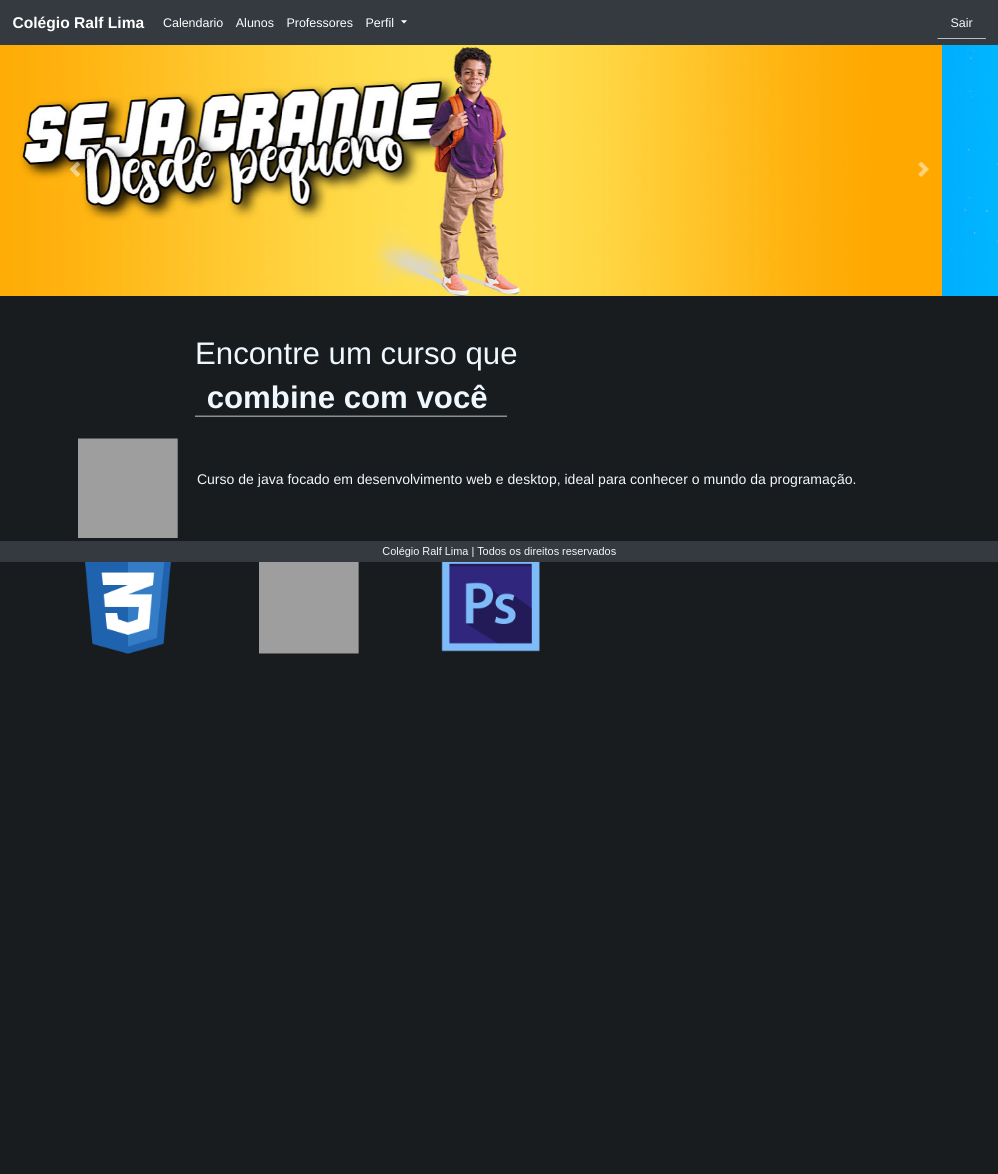
Repository: Philipssou/Sistema-Escolar2
Page: http://localhost/Sistema_Escolar_Gustavo/principal.jsp
An editor plug-in stored every save of this project. The page is shown before and after the next save, followed by the edit.
The browser window is 1280 px wide. The pictures show the whole page, at 78% of full size.
Pictures or frames that could not be fetched are drawn as grey boxes. Some web libraries are served in a nearby version. The page is served by Tomcat 9. The session is filled in as if someone had signed in: {"adm": 1}. Other server files are loaded and not shown.

Above is the page before, as saved 2019-07-11 03:48:01.

### Trabalho escolar/Sistema Escolar Gustavo/WebContent/principal.jsp
<!-- Incluir topo -->
<%@include file="topo.jsp" %>
<%@include file="rodapé.jsp" %>


	<!-- CSS -->
	<link href="css/bootstrap.min.css" rel="stylesheet">
	<link href="css/estilos.css" rel="stylesheet">

	<!-- Script -->

	<div class="tamanhoPrin">

<!-- Imagens -->

	<div id="carouselExampleControls" class="carousel slide" data-ride="carousel" style="margin-top:55px">
  <div class="carousel-inner">
    <div class="carousel-item active">
      <img src="imagens/banner1.jpg" class="d-block w-100" alt="...">
    </div>
    <div class="carousel-item">
      <img src="imagens/banner2.jpg" class="d-block w-100" alt="...">
    </div>
    <div class="carousel-item">
      <img src="imagens/banner3.jpg" class="d-block w-100" alt="...">
    </div>
  </div>
  <a class="carousel-control-prev" href="#carouselExampleControls" role="button" data-slide="prev">
    <span class="carousel-control-prev-icon" aria-hidden="true"></span>
    <span class="sr-only">Previous</span>
  </a>
  <a class="carousel-control-next" href="#carouselExampleControls" role="button" data-slide="next">
    <span class="carousel-control-next-icon" aria-hidden="true"></span>
    <span class="sr-only">Next</span>
  </a>
</div>

	<h1 class="encontre">Encontre um curso que</h1>
	<h1 class="combine col-12">combine com você</h1>

	<div class="cursos">
	<img src="icone/java.png" width="128px" height="128px" class="javaIcon">
	<label class="javao">Curso de java focado em desenvolvimento web e desktop, ideal para conhecer o mundo da programação.</label>
	<img src="icone/css.png"  width="128px" height="128px" class="cssIcon">
	<img src="icone/after.png"  width="128px" height="128px" class="afterIcon">
	<img src="icone/photoshop.png"  width="128px" height="128px" class="psIcon">
	</div>


</div>

</body>
</html>

### Trabalho escolar/Sistema Escolar Gustavo/WebContent/topo.jsp
 	<%@ page language="java" contentType="text/html; charset=ISO-8859-1"
    pageEncoding="ISO-8859-1"%>
<!DOCTYPE html>
<html>
<head>
<meta charset="ISO-8859-1">
<title>Painel</title>

	<!-- CSS -->
	<link href="css/bootstrap.min.css" rel="stylesheet">
	<link href="css/estilos.css" rel="stylesheet">

	<script src="https://code.jquery.com/jquery-3.2.1.slim.min.js" integrity="sha384-KJ3o2DKtIkvYIK3UENzmM7KCkRr/rE9/Qpg6aAZGJwFDMVNA/GpGFF93hXpG5KkN" crossorigin="anonymous"></script>
	<script src="https://cdnjs.cloudflare.com/ajax/libs/popper.js/1.12.9/umd/popper.min.js" integrity="sha384-ApNbgh9B+Y1QKtv3Rn7W3mgPxhU9K/ScQsAP7hUibX39j7fakFPskvXusvfa0b4Q" crossorigin="anonymous"></script>
	<script src="https://maxcdn.bootstrapcdn.com/bootstrap/4.0.0/js/bootstrap.min.js" integrity="sha384-JZR6Spejh4U02d8jOt6vLEHfe/JQGiRRSQQxSfFWpi1MquVdAyjUar5+76PVCmYl" crossorigin="anonymous"></script>

</head>
<body>

	<!-- Sessão -->
	<%

	//Obter a sessão
	Object obj = session.getAttribute("adm");

	//Validação
	if(obj == null){
		response.sendRedirect("index.jsp?mensagem=sessao");
	}

	%>


	<!-- Header -->
<header>

	<nav class="navbar fixed-top navbar-expand-lg navbar-dark bg-dark">
  <a class="navbar-brand" href="principal.jsp">Colégio Ralf Lima</a>
  <button class="navbar-toggler" type="button" data-toggle="collapse" data-target="#navbarSupportedContent" aria-controls="navbarSupportedContent" aria-expanded="false" aria-label="Toggle navigation">
    <span class="navbar-toggler-icon"></span>
  </button>

  <div class="collapse navbar-collapse" id="navbarSupportedContent">
    <ul class="navbar-nav mr-auto">
      <li class="nav-item active">
        <a class="nav-link" href="calendario.jsp">Calendario <span class="sr-only">(current)</span></a>
      </li>
      <li class="nav-item active">
        <a class="nav-link" href="alunos.jsp">Alunos</a>
      </li>
      <li class="nav-item active">
        <a class="nav-link" href="professores.jsp">Professores</a>
      </li>
      <li class="nav-item dropdown">
        <a class="nav-link dropdown-toggle active" href="#" id="navbarDropdown" role="button" data-toggle="dropdown" aria-haspopup="true" aria-expanded="false">
          Perfil
        </a>
        <div class="dropdown-menu" aria-labelledby="navbarDropdown">
          <a class="dropdown-item" href="dadosPessoais.jsp?nomeLogin=adm&senhaLogin=adm123">Dados Pessoais</a>
        </div>
      </li>
    </ul>
    <ul class="nav justify-content-end nav-tabs">
  		<li class="nav-item active">
    		<a class="nav-link" id="batutinha" href="sair.jsp">Sair</a>
  		</li>
  	</ul>
  </div>
</nav>
</header>

### Trabalho escolar/Sistema Escolar Gustavo/WebContent/rodapé.jsp

	<!-- Footer -->
	<footer>

	<p>Colégio Ralf Lima | Todos os direitos reservados</p>

	</footer>

</body>
</html>

### Trabalho escolar/Sistema Escolar Gustavo/WebContent/css/estilos.css
/*Padronizar*/
*{
	font-family: helvetica, sans-serif
}

body{
	background-color: #191c1e;
}

.logoLogin{
	color: aliceblue;
	text-align: center;
	margin-top: 25px;
	font: 52px sans-serif;
	font-weight: bold;
}

.formularioLogin{
	width: 400px;
	margin: 50px auto;
}

.formularioLogin input[type="text"],
.formularioLogin input[type="password"]{
	width: 380px;
	border: solid 1px aliceblue;
	border-radius: 5px;
	margin: 4px;
	padding: 5px;
}

.formularioLogin input[type="submit"]{
	margin: 4px;
	padding: 5px 40px;
	margin-right: 42%;
	margin-left: 30%;
}


.navbar-brand{
	font-weight: bold;
}

.cursos{
	width: 1200px;
}

.encontre{
	margin-left: 250px;
	margin-top: 50px;
	color: aliceblue;
}

.combine{
	margin-left: 250px;
	color: aliceblue;
	font-weight: bold;
	border-bottom: solid 1px aliceblue;
	width: 400px;
}

.javaIcon{
	margin-top: 20px;
	margin-left: 100px;
}

.cssIcon{
	margin-top: 20px;
	margin-left: 100px;
}

.afterIcon{
	margin-top: 20px;
	margin-left: 100px;
}

.psIcon{
	margin-top: 20px;
	margin-left: 100px;
}

.javao,
.csszada,
.afterzada,
.pszada{
	font-family: helvetica;
	font-size: 18px;
	color: aliceblue;
	margin-left: 20px;
}



.noticiasEscola{
	margin-top: 50px;
	margin-left: 34%;
}

.tamanhoPrin{
	height: 1450px;
}

.formularioAluno{
	margin: 0 auto;
	margin-top: 70px;
	width: 1100px;
}

.formularioAluno input[type="text"]{
	margin:5px 2px;
	padding: 5px;
	width: 350px;
	border: solid 1px aliceblue;
	border-radius: 5px;
}

.formularioAluno input[type="submit"]{
	margin: 5px;
	margin-left: 32.7%;
	padding: 5px 90px;
	width: 350px;
}


.formularioProfessor{
	width: 1050px;
	margin: 0 auto;
	margin-top: 70px;
}

.formularioProfessor input[type="text"],
.formularioProfessor input[type="email"]{
	margin: 5px 5px;
	padding: 5px;
	width: 500px;
	border: solid 1px aliceblue;
	border-radius: 5px;
}

.formularioProfessor input[type="submit"]{
	margin: 5px;
	padding: 5px 90px;
	width: 500px;
}

#tabelaAluno{
	padding: 5px;
	font-weight: bold;
	margin: 30px auto;
	color: #191C1E;
	width: 94%;
	text-align: center;
}

#tabelaProfessor{
	padding: 5px;
	font-weight: bold;
	margin: 30px auto;
	color: #191C1E;
	width: 94%;
	text-align: center;
}

footer{
   position: fixed;
   left: 0;
   bottom: 0;
   width: 100%;
   background-color: #343A40;
   color: white;
   text-align: center;
}


footer p{
	text-align: center;
	margin: 5px auto;
	color:aliceblue;
	font: 14px sans-serif;
}

.Janeiro{
	margin-left: 15px;
	margin-top: 70px;
	background-color: gray;
	text-align: center;
	border: solid 1px white;
	border-radius: 5px;
}

thead{
	text-align: center;
}

.Janeiro td{
	width: 60px;
	border: solid 1px white;
	border-radius: 5px;
	font-weight: bold;
}

.dadosPessoais{
	margin: 70px auto;
	border: solid 1px white;
	border-radius: 5px;
	padding: 6px;
	width: 1200px;
}

.dadoLabel{
	color:white;
	margin: 30px 10px;
	inline: block;
}

.dadoLabel input[type="text"],
.dadoLabel input[type="email"]{
	margin: 0 auto;
	float: right;
	width: 800px;
	inline: block;
	margin-right: 50px;
	border-radius: 5px;
}

.dadoLabel label{
	margin: 15px 10px;
}

.dadosPessoais input[type="submit"]{
	margin: 10px 410px;
	padding: 6px 120px;
}

.icone img{
	width: 60px;
	margin-top: 0px;
	overflow: hidden;
	margin-left: 34%;
}

.dadosPessoais h2{
	color: aliceblue;
	font: 40px helvetica;
	margin-left: 40%;
	margin-top: -55px;
	overflow: hidden;
	border-bottom: solid 1px aliceblue;
	width: 220px;
}

.formularioMateria{
	margin-top: 20px;
	margin: 0 auto;
	width: 510px;
}

.formularioMateria select{
	padding: 7px;
	width: 500px;
	border: solid 1px aliceblue;
	border-radius: 5px;
	margin-left: 5px;
	margin-top: 5px;
}

.formularioMateria input[type="text"]{
	margin: 5px;
	padding: 5px;
	width: 500px;
	border: solid 1px aliceblue;
	border-radius: 5px;

}

.formularioMateria input[type="submit"]{
	margin: 10px 180px;
	width: 132px;
	padding: 4px 30px;
}

.materia{
	color: aliceblue;
	margin-top: 70px;
	text-align: center;
	font-size: 36px;
	font-family: helvetica, sans-serif;
}

.index a{
	width: 200px;
	margin: 10px;
}

.index{
	width: 220px;
	margin: 0 auto;
	margin-top: 50px;
}

#tabelaMateria{
	padding: 5px;
	font-weight: bold;
	margin: 30px auto;
	color: #191C1E;
	width: 94%;
	text-align: center;
}

#batutinha{
	color:aliceblue;
	font-size: 16px;
	font-family: helvetica, sans-serif;
}

.easter{
	color: #191C1E;
	margin: 845px 442px;
}

.easter:hover{
	text-decoration: none;
}

#pussy{
	background-color: red;
	color: white;
}

#mensagem{
	width: 400px;
	text-align: center;
	font-weight: bold;
	font-size: 18px;
	font-family: helvetica, sans-serif;
	margin: 0 auto;
	margin-top: 100px;
}

Loaded but not shown: Trabalho escolar/Sistema Escolar Gustavo/WebContent/css/bootstrap.min.css (library)

After the next save:
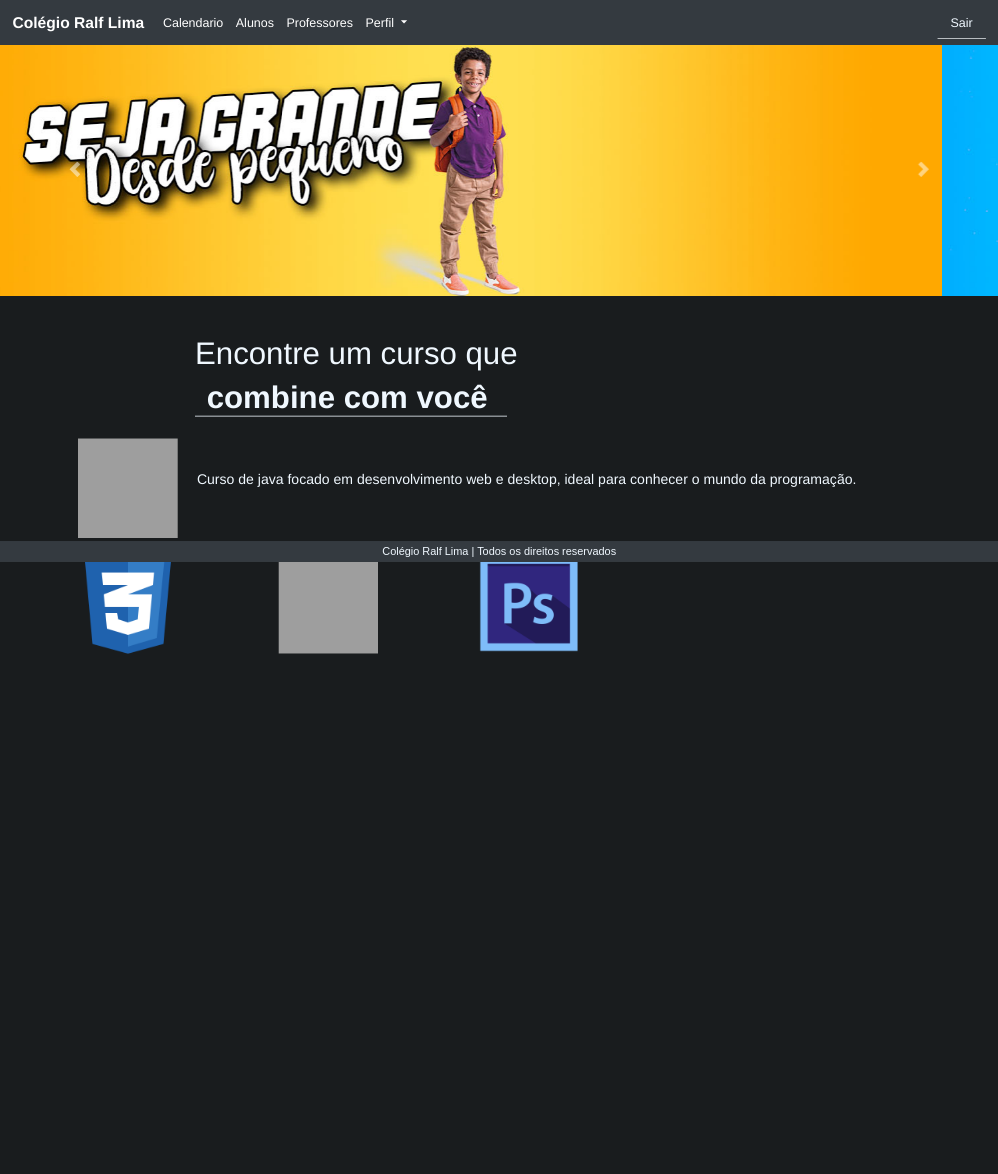
Saved 43 s later.
--- a/Trabalho escolar/Sistema Escolar Gustavo/WebContent/principal.jsp
+++ b/Trabalho escolar/Sistema Escolar Gustavo/WebContent/principal.jsp
@@ -42,8 +42,11 @@
 	<img src="icone/java.png" width="128px" height="128px" class="javaIcon">
 	<label class="javao">Curso de java focado em desenvolvimento web e desktop, ideal para conhecer o mundo da programação.</label>
 	<img src="icone/css.png"  width="128px" height="128px" class="cssIcon">
+	<label class="csszada"></label>
 	<img src="icone/after.png"  width="128px" height="128px" class="afterIcon">
+	<label class="afterzada"></label>
 	<img src="icone/photoshop.png"  width="128px" height="128px" class="psIcon">
+	<label class="pszada"></label>
 	</div>
 
 
